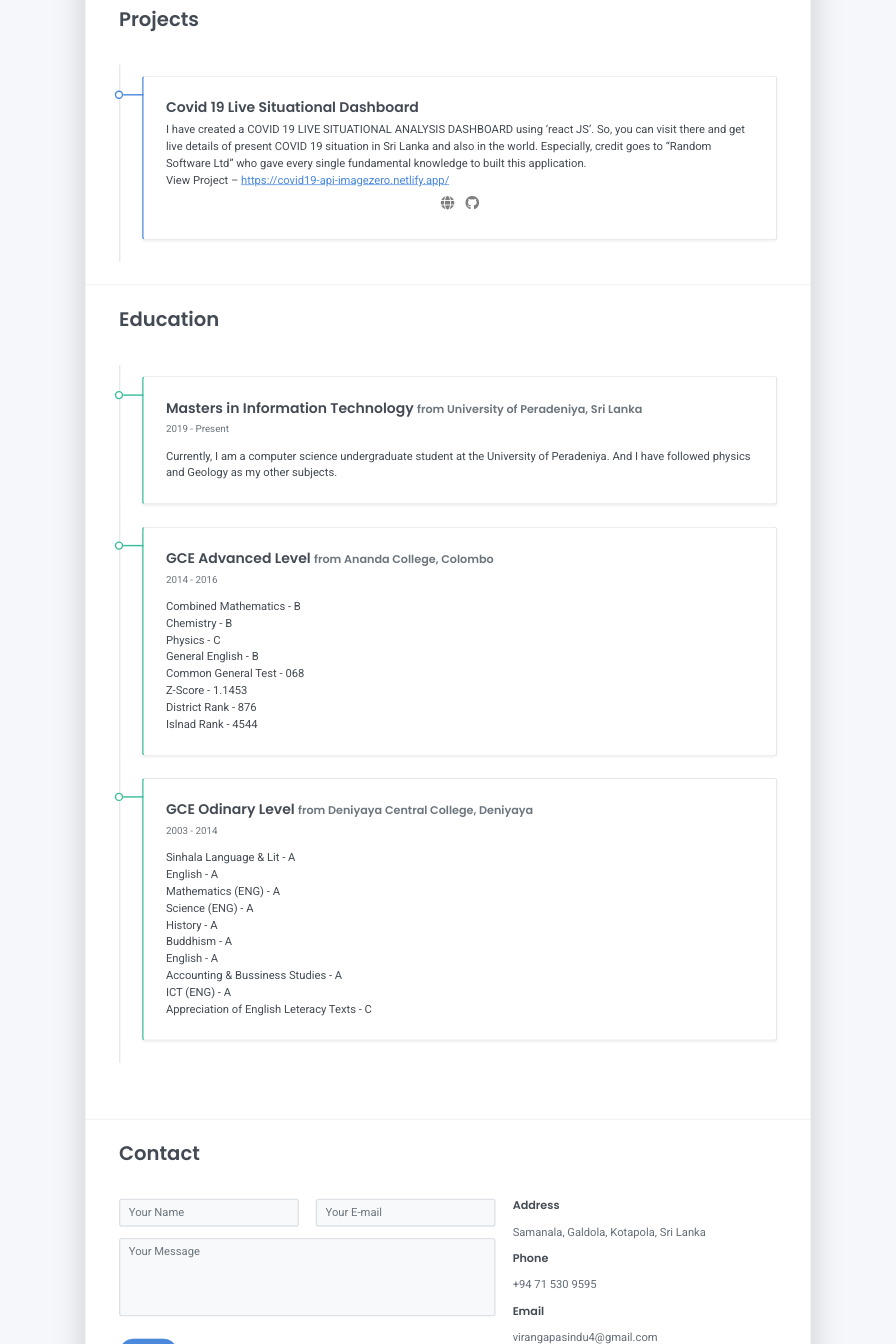
Repository: virangaj/resume
Page: index.html
The author's editor kept a copy of each file at every save. The page is drawn from the files as they stood at one save, then again after the next save.
The browser window is 1280 px wide. The pictures show the part of the page from y = 2008 to 3928 px (the page is 4321 px tall before and 4297 px after), at 70% of full size.

Above is the page before, as saved 2021-08-31 20:06:19.

### index.html
<!DOCTYPE html>
<html lang="en-US">
	<head>
		<meta charset="UTF-8" />
		<meta http-equiv="X-UA-Compatible" content="IE=edge" />
		<meta name="viewport" content="width=device-width, initial-scale=1" />
		<title>Virang Jayawardana</title>
		<link
			rel="preconnect"
			href="https://fonts.gstatic.com"
			crossorigin="crossorigin"
		/>
		<link
			rel="preload"
			as="style"
			href="https://fonts.googleapis.com/css2?family=Poppins:wght@600&amp;family=Roboto:wght@300;400;500;700&amp;display=swap"
		/>
		<link
			rel="stylesheet"
			href="https://fonts.googleapis.com/css2?family=Poppins:wght@600&amp;family=Roboto:wght@300;400;500;700&amp;display=swap"
			media="print"
			onload="this.media='all'"
		/>
		<noscript>
			<link
				rel="stylesheet"
				href="https://fonts.googleapis.com/css2?family=Poppins:wght@600&amp;family=Roboto:wght@300;400;500;700&amp;display=swap"
			/>
		</noscript>
		<link href="css/font-awesome/css/all.min.css?ver=1.2.0" rel="stylesheet" />
		<link href="css/bootstrap.min.css?ver=1.2.0" rel="stylesheet" />
		<link href="css/aos.css?ver=1.2.0" rel="stylesheet" />
		<link href="css/main.css?ver=1.2.0" rel="stylesheet" />
		<noscript>
			<style type="text/css">
				[data-aos] {
					opacity: 1 !important;
					transform: translate(0) scale(1) !important;
				}
			</style>
		</noscript>
	</head>
	<body id="top">
		<header class="d-print-none">
			<div class="container text-center text-lg-left">
				<div class="py-3 clearfix">
					<h1 class="site-title mb-0">Virang Jayawardana</h1>
					<div class="site-nav">
						<nav role="navigation">
							<ul class="nav justify-content-center">
								<li class="nav-item">
									<a
										class="nav-link"
										href="https://twitter.com/VirangaPasi"
										title="Twitter"
										><i class="fab fa-twitter"></i
										><span class="menu-title sr-only">Twitter</span></a
									>
								</li>
								<li class="nav-item">
									<a
										class="nav-link"
										href="https://www.facebook.com/virangapasindu.jayawardana/"
										title="Facebook"
										><i class="fab fa-facebook"></i
										><span class="menu-title sr-only">Facebook</span></a
									>
								</li>
								<li class="nav-item">
									<a
										class="nav-link"
										href="https://www.instagram.com/pasiya_k9/"
										title="Instagram"
										><i class="fab fa-instagram"></i
										><span class="menu-title sr-only">Instagram</span></a
									>
								</li>
								<li class="nav-item">
									<a
										class="nav-link"
										href="https://github.com/Viranga-pasi"
										title="Github"
										><i class="fab fa-github"></i
										><span class="menu-title sr-only">Github</span></a
									>
								</li>
							</ul>
						</nav>
					</div>
				</div>
			</div>
		</header>
		<div class="page-content">
			<div class="container">
				<div class="cover shadow-lg bg-white">
					<div class="cover-bg p-3 p-lg-4 text-white">
						<div class="row">
							<div class="col-lg-4 col-md-5">
								<div class="avatar hover-effect bg-white shadow-sm p-1">
									<img src="images/avatar.jpg" width="200" height="200" />
								</div>
							</div>
							<div class="col-lg-8 col-md-7 text-center text-md-start">
								<h2 class="h1 mt-2" data-aos="fade-left" data-aos-delay="0">
									Joyce Harrison
								</h2>
								<p data-aos="fade-left" data-aos-delay="100">
									Undergraduate | Web Developer
								</p>
								<div
									class="d-print-none"
									data-aos="fade-left"
									data-aos-delay="200"
								>
									<a
										class="btn btn-light text-dark shadow-sm mt-1 me-1"
										href="right-resume.pdf"
										target="_blank"
										>Download CV</a
									><a class="btn btn-success shadow-sm mt-1" href="#contact"
										>Hire Me</a
									>
								</div>
							</div>
						</div>
					</div>
					<div class="about-section pt-4 px-3 px-lg-4 mt-1">
						<div class="row">
							<div class="col-md-6">
								<h2 class="h3 mb-3">About Me</h2>
								<p>
									Hello! I’m Viranga Jayawardana. I am passionate about new
									technologies and Web Design. I am a skilled Front-end
									Developer and amazing video editor.
								</p>
							</div>
							<div class="col-md-5 offset-md-1">
								<div class="row mt-2">
									<div class="col-sm-4">
										<div class="pb-1">Age</div>
									</div>
									<div class="col-sm-8">
										<div class="pb-1 text-secondary">24</div>
									</div>
									<div class="col-sm-4">
										<div class="pb-1">Email</div>
									</div>
									<div class="col-sm-8">
										<div class="pb-1 text-secondary">
											virangapasindu4@gmail.com
										</div>
									</div>
									<div class="col-sm-4">
										<div class="pb-1">Phone</div>
									</div>
									<div class="col-sm-8">
										<div class="pb-1 text-secondary">+94 71 530 9595</div>
									</div>
									<div class="col-sm-4">
										<div class="pb-1">Address</div>
									</div>
									<div class="col-sm-8">
										<div class="pb-1 text-secondary">
											Samanala, Galdola, Kotapola, Sri Lanka
										</div>
									</div>
								</div>
							</div>
						</div>
					</div>
					<hr class="d-print-none" />
					<div class="skills-section px-3 px-lg-4">
						<h2 class="h3 mb-3">Professional Skills</h2>
						<div class="row">
							<div class="col-md-6">
								<div class="mb-2">
									<span>HTML</span>
									<div class="progress my-1">
										<div
											class="progress-bar bg-primary"
											role="progressbar"
											data-aos="zoom-in-right"
											data-aos-delay="100"
											data-aos-anchor=".skills-section"
											style="width: 90%"
											aria-valuenow="90"
											aria-valuemin="0"
											aria-valuemax="100"
										></div>
									</div>
								</div>
								<div class="mb-2">
									<span>CSS</span>
									<div class="progress my-1">
										<div
											class="progress-bar bg-primary"
											role="progressbar"
											data-aos="zoom-in-right"
											data-aos-delay="200"
											data-aos-anchor=".skills-section"
											style="width: 85%"
											aria-valuenow="85"
											aria-valuemin="0"
											aria-valuemax="100"
										></div>
									</div>
								</div>
								<div class="mb-2">
									<span>JavaScript</span>
									<div class="progress my-1">
										<div
											class="progress-bar bg-primary"
											role="progressbar"
											data-aos="zoom-in-right"
											data-aos-delay="300"
											data-aos-anchor=".skills-section"
											style="width: 80%"
											aria-valuenow="80"
											aria-valuemin="0"
											aria-valuemax="100"
										></div>
									</div>
								</div>
								<div class="mb-2">
									<span>ReactJs</span>
									<div class="progress my-1">
										<div
											class="progress-bar bg-primary"
											role="progressbar"
											data-aos="zoom-in-right"
											data-aos-delay="300"
											data-aos-anchor=".skills-section"
											style="width: 75%"
											aria-valuenow="75"
											aria-valuemin="0"
											aria-valuemax="100"
										></div>
									</div>
								</div>
								<div class="mb-2">
									<span>Java</span>
									<div class="progress my-1">
										<div
											class="progress-bar bg-primary"
											role="progressbar"
											data-aos="zoom-in-right"
											data-aos-delay="300"
											data-aos-anchor=".skills-section"
											style="width: 70%"
											aria-valuenow="70"
											aria-valuemin="0"
											aria-valuemax="100"
										></div>
									</div>
								</div>
								<div class="mb-2">
									<span>C language</span>
									<div class="progress my-1">
										<div
											class="progress-bar bg-primary"
											role="progressbar"
											data-aos="zoom-in-right"
											data-aos-delay="300"
											data-aos-anchor=".skills-section"
											style="width: 70%"
											aria-valuenow="70"
											aria-valuemin="0"
											aria-valuemax="100"
										></div>
									</div>
								</div>
								<div class="mb-2">
									<span>Wordpress</span>
									<div class="progress my-1">
										<div
											class="progress-bar bg-primary"
											role="progressbar"
											data-aos="zoom-in-right"
											data-aos-delay="300"
											data-aos-anchor=".skills-section"
											style="width: 85%"
											aria-valuenow="85"
											aria-valuemin="0"
											aria-valuemax="100"
										></div>
									</div>
								</div>
							</div>
							<div class="col-md-6">
								<div class="mb-2">
									<span>Adobe Photoshop</span>
									<div class="progress my-1">
										<div
											class="progress-bar bg-success"
											role="progressbar"
											data-aos="zoom-in-right"
											data-aos-delay="400"
											data-aos-anchor=".skills-section"
											style="width: 80%"
											aria-valuenow="90"
											aria-valuemin="0"
											aria-valuemax="100"
										></div>
									</div>
								</div>
								<div class="mb-2">
									<span>Abode Premiere Pro</span>
									<div class="progress my-1">
										<div
											class="progress-bar bg-success"
											role="progressbar"
											data-aos="zoom-in-right"
											data-aos-delay="500"
											data-aos-anchor=".skills-section"
											style="width: 85%"
											aria-valuenow="85"
											aria-valuemin="0"
											aria-valuemax="100"
										></div>
									</div>
								</div>
								<div class="mb-2">
									<span>Adobe After Effect</span>
									<div class="progress my-1">
										<div
											class="progress-bar bg-success"
											role="progressbar"
											data-aos="zoom-in-right"
											data-aos-delay="600"
											data-aos-anchor=".skills-section"
											style="width: 75%"
											aria-valuenow="75"
											aria-valuemin="0"
											aria-valuemax="100"
										></div>
									</div>
								</div>
								<div class="mb-2">
									<span>Adobe XD</span>
									<div class="progress my-1">
										<div
											class="progress-bar bg-success"
											role="progressbar"
											data-aos="zoom-in-right"
											data-aos-delay="600"
											data-aos-anchor=".skills-section"
											style="width: 75%"
											aria-valuenow="75"
											aria-valuemin="0"
											aria-valuemax="100"
										></div>
									</div>
								</div>
								<div class="mb-2">
									<span>Microsoft Office</span>
									<div class="progress my-1">
										<div
											class="progress-bar bg-success"
											role="progressbar"
											data-aos="zoom-in-right"
											data-aos-delay="600"
											data-aos-anchor=".skills-section"
											style="width: 85%"
											aria-valuenow="85"
											aria-valuemin="0"
											aria-valuemax="100"
										></div>
									</div>
								</div>
							</div>
						</div>
					</div>
					<hr class="d-print-none" />
					<div class="work-experience-section px-3 px-lg-4">
						<h2 class="h3 mb-4">Work Experience</h2>
						<div class="timeline">
							<div class="timeline-card timeline-card-primary card shadow-sm">
								<div class="card-body">
									<div class="h5 mb-1">
										Web Master
										<span class="text-muted h6">at Computer Society</span>
									</div>
									<div class="text-muted text-small mb-2">
										Dec, 2020 - Present
									</div>
									<div>
										I worked as a webmaster in the computer society at the
										university of Peradeniya and mentored few web projects.
									</div>
								</div>
							</div>
							<div class="timeline-card timeline-card-primary card shadow-sm">
								<div class="card-body">
									<div class="h5 mb-1">
										Founder
										<span class="text-muted h6">at ImageZero</span>
									</div>
									<div class="text-muted text-small mb-2">
										Feb, 2019 - Present
									</div>
									<div>
										I’m the owner and founder of ImgageZero, which I used to
										output my talents since few years back. Quite good and
										amazing video editor in the range of different areas. And
										have 2-3 years of experience of working with massive to
										local industries.
									</div>
								</div>
							</div>
							<div class="timeline-card timeline-card-primary card shadow-sm">
								<div class="card-body">
									<div class="h5 mb-1">
										Customer Care Executive
										<span class="text-muted h6">at Mobitel Pvt Ltd</span>
									</div>
									<div class="text-muted text-small mb-2">
										Feb, 2018 - Oct, 2017
									</div>
									<div>
										I worked as a customer care agent at one of the leading
										network service provider in Sri Lanka.
									</div>
								</div>
							</div>
						</div>
					</div>
					<hr class="d-print-none" />
					<div class="work-experience-section px-3 px-lg-4">
						<h2 class="h3 mb-4">Projects</h2>
						<div class="timeline">
							<div class="timeline-card timeline-card-primary card shadow-sm">
								<div class="card-body">
									<div class="h5 mb-1">Covid 19 Live Situational Dashboard</div>

									<div>
										I have created a COVID 19 LIVE SITUATIONAL ANALYSIS
										DASHBOARD using ‘react JS’. So, you can visit there and get
										live details of present COVID 19 situation in Sri Lanka and
										also in the world. Especially, credit goes to “Random
										Software Ltd” who gave every single fundamental knowledge to
										built this application.<br />
										View Project –
										<a
											href="https://covid19-api-imagezero.netlify.app/"
											target="_blank"
											>https://covid19-api-imagezero.netlify.app/</a
										>
									</div>
                  <div class="footer-nav">
						<nav role="navigation">
							<ul class="nav justify-content-center">


								<li class="nav-item">
									<a
                  	target="_blank"
										class="nav-link"
										href="https://covid19-api-imagezero.netlify.app/"
										title="Instagram"
										><i class="fas fa-globe"></i></i
										></a
									>
								</li>
								<li class="nav-item">
									<a
                  	target="_blank"
										class="nav-link"
										href="https://github.com/Viranga-pasi/Covid19-dashboard-netlify"
										title="Github"
										><i class="fab fa-github"></i
										></a
									>
								</li>
							</ul>
						</nav>
					</div>
								</div>
							</div>
						</div>
					</div>
					<hr class="d-print-none" />
					<div class="page-break"></div>
					<div class="education-section px-3 px-lg-4 pb-4">
						<h2 class="h3 mb-4">Education</h2>
						<div class="timeline">
							<div class="timeline-card timeline-card-success card shadow-sm">
								<div class="card-body">
									<div class="h5 mb-1">
										Masters in Information Technology
										<span class="text-muted h6"
											>from University of Peradeniya, Sri Lanka</span
										>
									</div>
									<div class="text-muted text-small mb-2">2019 - Present</div>
									<div>
										Currently, I am a computer science undergraduate student at
										the University of Peradeniya. And I have followed physics
										and Geology as my other subjects.
									</div>
								</div>
							</div>
							<div class="timeline-card timeline-card-success card shadow-sm">
								<div class="card-body">
									<div class="h5 mb-1">
										GCE Advanced Level
										<span class="text-muted h6"
											>from Ananda College, Colombo</span
										>
									</div>
									<div class="text-muted text-small mb-2">2014 - 2016</div>
									<div>Combined Mathematics - B</div>
									<div>Chemistry - B</div>
									<div>Physics - C</div>
									<div>General English - B</div>
									<div>Common General Test - 068</div>
									<div>Z-Score - 1.1453</div>
									<div>District Rank - 876</div>
									<div>Islnad Rank - 4544</div>
								</div>
							</div>
							<div class="timeline-card timeline-card-success card shadow-sm">
								<div class="card-body">
									<div class="h5 mb-1">
										GCE Odinary Level
										<span class="text-muted h6"
											>from Deniyaya Central College, Deniyaya</span
										>
									</div>
									<div class="text-muted text-small mb-2">2003 - 2014</div>
									<div>Sinhala Language & Lit - A</div>
									<div>English - A</div>
									<div>Mathematics (ENG) - A</div>
									<div>Science (ENG) - A</div>
									<div>History - A</div>
									<div>Buddhism - A</div>
									<div>English - A</div>
									<div>Accounting & Bussiness Studies - A</div>
									<div>ICT (ENG) - A</div>
									<div>Appreciation of English Leteracy Texts - C</div>
								</div>
							</div>
						</div>
					</div>
					<hr class="d-print-none" />
					<div class="contant-section px-3 px-lg-4 pb-4" id="contact">
						<h2 class="h3 text mb-3">Contact</h2>
						<div class="row">
							<div class="col-md-7 d-print-none">
								<div class="my-2">
									<form action="virangapasindu4@gmail.com" method="POST">
										<div class="row">
											<div class="col-6">
												<input
													class="form-control"
													type="text"
													id="name"
													name="name"
													placeholder="Your Name"
													required
												/>
											</div>
											<div class="col-6">
												<input
													class="form-control"
													type="email"
													id="email"
													name="_replyto"
													placeholder="Your E-mail"
													required
												/>
											</div>
										</div>
										<div class="form-group my-2">
											<textarea
												class="form-control"
												style="resize: none"
												id="message"
												name="message"
												rows="4"
												placeholder="Your Message"
												required
											></textarea>
										</div>
										<button class="btn btn-primary mt-2" type="submit">
											Send
										</button>
									</form>
								</div>
							</div>
							<div class="col">
								<div class="mt-2">
									<h3 class="h6">Address</h3>
									<div class="pb-2 text-secondary">
										Samanala, Galdola, Kotapola, Sri Lanka
									</div>
									<h3 class="h6">Phone</h3>
									<div class="pb-2 text-secondary">+94 71 530 9595</div>
									<h3 class="h6">Email</h3>
									<div class="pb-2 text-secondary">
										virangapasindu4@gmail.com
									</div>
								</div>
							</div>
						</div>
					</div>
				</div>
			</div>
		</div>
		<footer class="pt-4 pb-4 text-muted text-center d-print-none">
			<div class="container">
				<div class="my-3">
					<div class="h4">Viranga Jayawardana</div>
					<div class="footer-nav">
						<nav role="navigation">
							<ul class="nav justify-content-center">
								<li class="nav-item">
									<a
										class="nav-link"
										href="https://twitter.com/VirangaPasi"
										title="Twitter"
										><i class="fab fa-twitter"></i
										><span class="menu-title sr-only">Twitter</span></a
									>
								</li>
								<li class="nav-item">
									<a
										class="nav-link"
										href="https://www.facebook.com/virangapasindu.jayawardana/"
										title="Facebook"
										><i class="fab fa-facebook"></i
										><span class="menu-title sr-only">Facebook</span></a
									>
								</li>
								<li class="nav-item">
									<a
										class="nav-link"
										href="https://www.instagram.com/pasiya_k9/"
										title="Instagram"
										><i class="fab fa-instagram"></i
										><span class="menu-title sr-only">Instagram</span></a
									>
								</li>
								<li class="nav-item">
									<a
										class="nav-link"
										href="https://github.com/Viranga-pasi"
										title="Github"
										><i class="fab fa-github"></i
										><span class="menu-title sr-only">Github</span></a
									>
								</li>
							</ul>
						</nav>
					</div>
				</div>
				<div class="text-small">
					<div class="mb-1">
						&copy; Viranga Jayawardana. All rights reserved.
					</div>
					<div>
						Design -
						<a href="https://imagezero.net/" target="_blank">ImageZero</a>
					</div>
				</div>
			</div>
		</footer>
		<script src="scripts/bootstrap.bundle.min.js?ver=1.2.0"></script>
		<script src="scripts/aos.js?ver=1.2.0"></script>
		<script src="scripts/main.js?ver=1.2.0"></script>
	</body>
</html>

Loaded but not shown: css/font-awesome/css/all.min.css (library); css/bootstrap.min.css (library); css/aos.css (library); scripts/bootstrap.bundle.min.js (library); scripts/aos.js (library); scripts/main.js (common file); css/main.css (176 lines, source omitted)

After the next save:
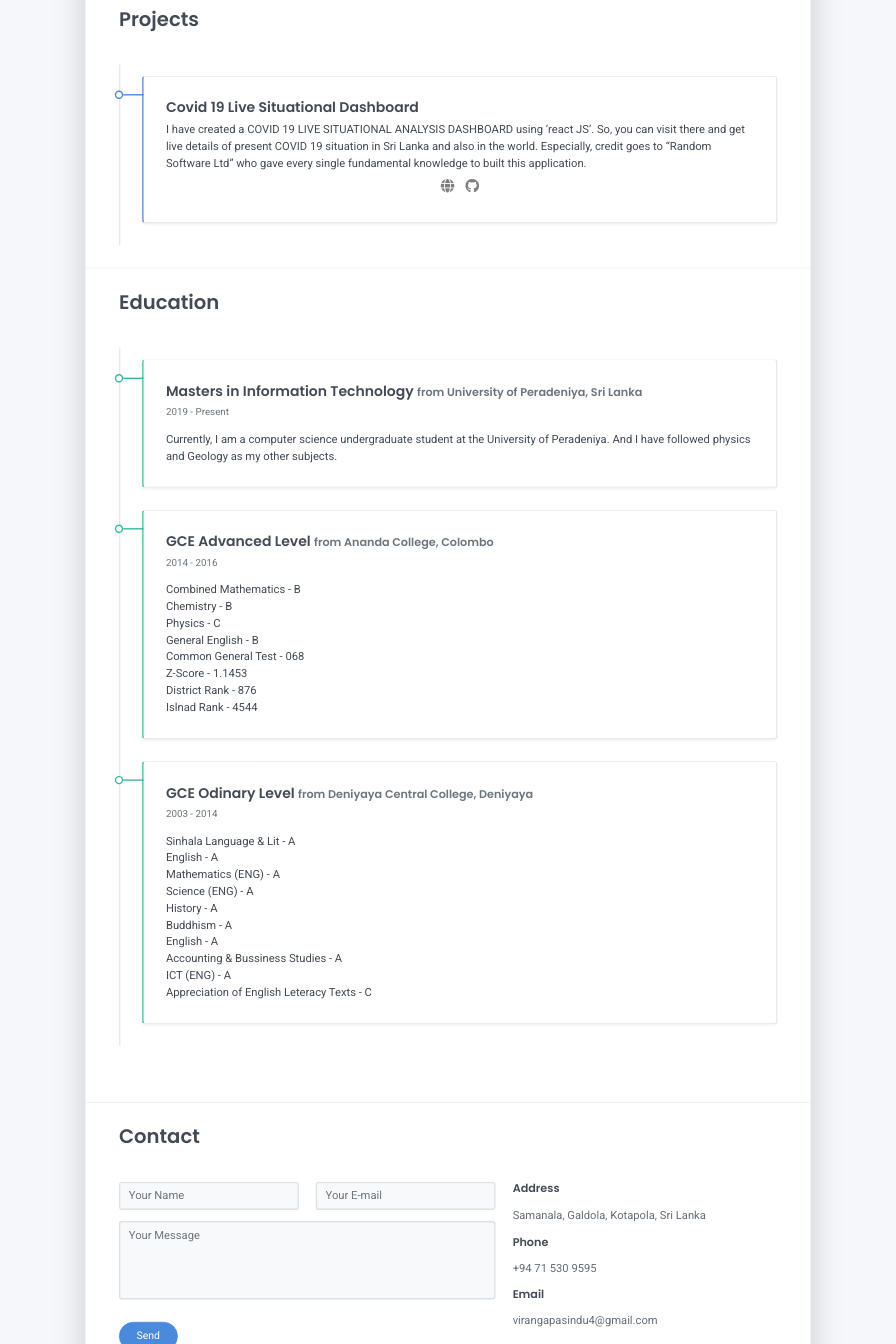
Saved 6 s later.
--- a/index.html
+++ b/index.html
@@ -439,12 +439,7 @@
 										also in the world. Especially, credit goes to “Random
 										Software Ltd” who gave every single fundamental knowledge to
 										built this application.<br />
-										View Project –
-										<a
-											href="https://covid19-api-imagezero.netlify.app/"
-											target="_blank"
-											>https://covid19-api-imagezero.netlify.app/</a
-										>
+
 									</div>
                   <div class="footer-nav">
 						<nav role="navigation">
